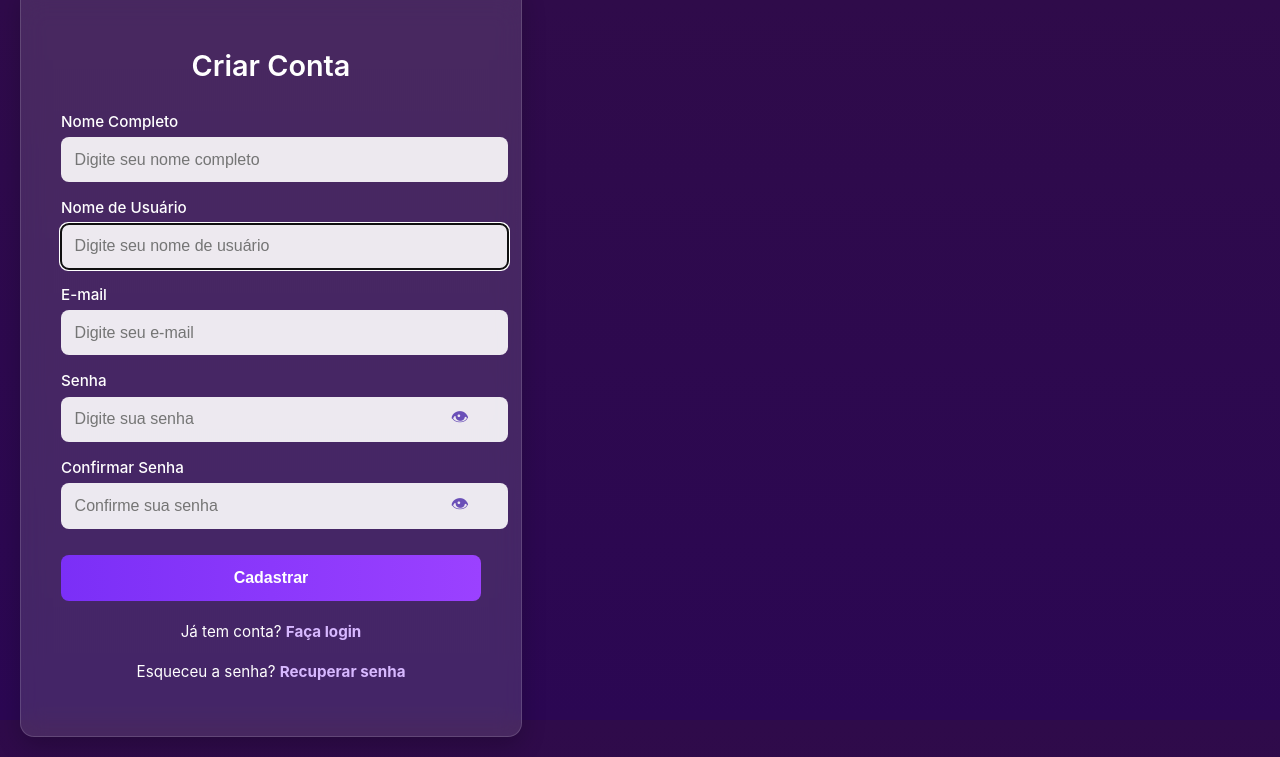
Repository: GRUPO-02-4-PERIODO-BIOPARK-2025/Sistema-Legado
Page: http://localhost/
These files come from the project's save history. The page is drawn as it stood at one moment and after the next save; the edit follows.
The browser window is 1280 px wide. The pictures show the whole page.
The page is served by the project's application, run on Django 4.2 (sistema_pdv/manage.py).

Above is the page before, as saved 2025-11-15 17:02:55.

After the next save:
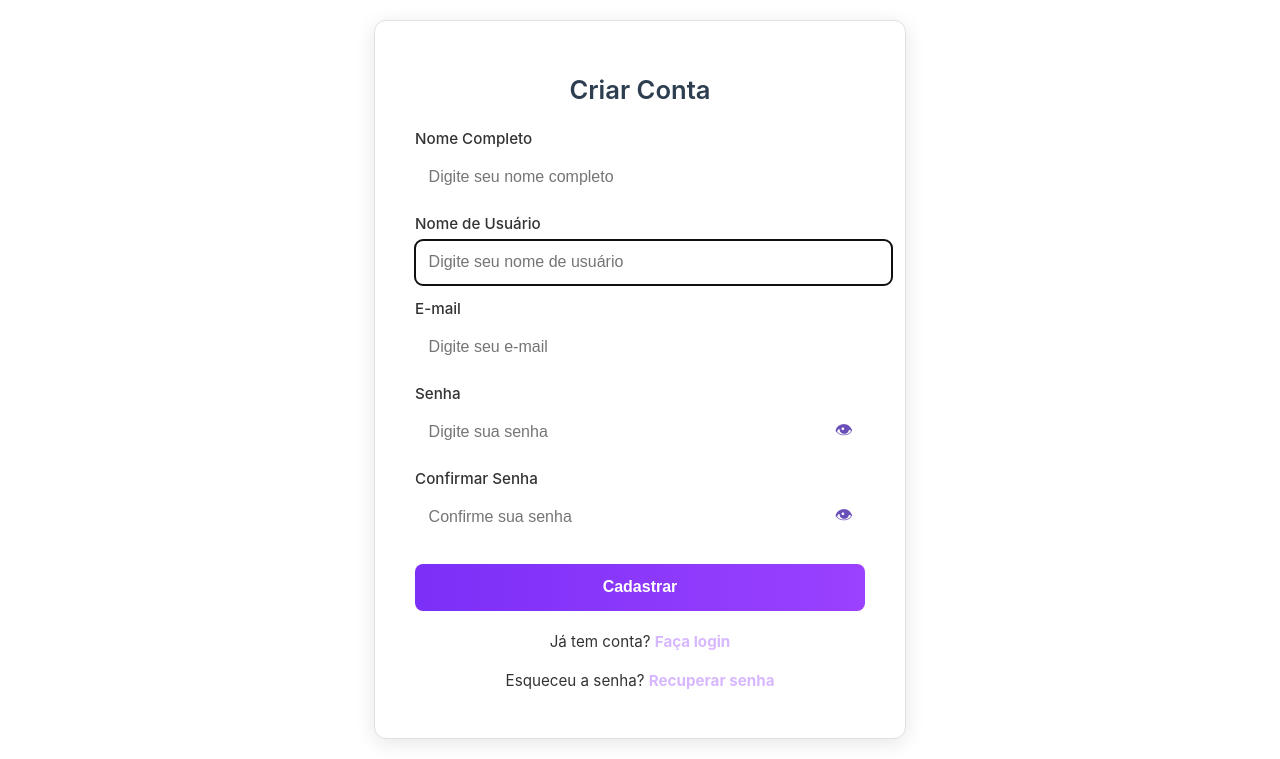
Saved 3 min 4 s later.
--- a/sistema_pdv/apps/usuarios/static/cadastro.css
+++ b/sistema_pdv/apps/usuarios/static/cadastro.css
@@ -3,41 +3,46 @@ body {
   margin: 0;
   padding: 0;
   font-family: "Inter", Arial, sans-serif;
-  background: linear-gradient(180deg, #2f0b4a, #2b0753);
+  background: #ffffff;
   display: flex;
   justify-content: center;
   align-items: center;
-  height: 100vh;
+  min-height: 100vh;
+  overflow: auto;
 }
 
 /* ==== CARD ==== */
 .register-container {
   width: 100%;
+  display: flex;
+  justify-content: center;
+  align-items: center;
   padding: 20px;
+  box-sizing: border-box;
 }
 
 .register-card {
-  background: rgba(255, 255, 255, 0.12);
-  backdrop-filter: blur(12px);
-  border-radius: 14px;
-  padding: 2.5rem;
+  background: #ffffff;
+  border-radius: 12px;
+  padding: 2rem 2.5rem;
   width: 100%;
-  max-width: 420px;
-  color: #fff;
-  box-shadow: 0 10px 25px rgba(0,0,0,0.2);
-  border: 1px solid rgba(255,255,255,0.15);
+  max-width: 450px;
+  color: #333;
+  box-shadow: 0 4px 20px rgba(0,0,0,0.1);
+  border: 1px solid #e0e0e0;
 }
 
 .register-card h2 {
   text-align: center;
-  margin-bottom: 1.8rem;
-  font-size: 1.8rem;
+  margin-bottom: 1.5rem;
+  font-size: 1.6rem;
   font-weight: 600;
+  color: #2c3e50;
 }
 
 /* ==== INPUTS ==== */
 .input-group {
-  margin-bottom: 1rem;
+  margin-bottom: 0.9rem;
 }
 
 .input-group label {
